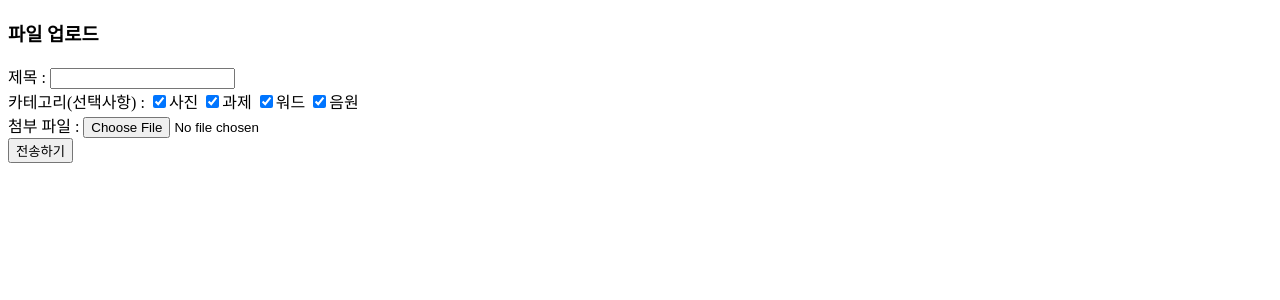
Repository: dogksi/JSP
Page: http://localhost/TestJSP/FileUpload/FileUploadMain.jsp
An editor plug-in stored every save of this project. The page is shown before and after the next save, followed by the edit.
The browser window is 1280 px wide. The pictures show the whole page.
The page is served by Tomcat 10. Nobody is signed in. The application's start-up code is not run. Other server files are loaded and not shown.

Above is the page before, as saved 2023-09-19 02:50:49.

### TestJSP/src/main/webapp/FileUpload/FileUploadMain.jsp
<%@ page language="java" contentType="text/html; charset=UTF-8"
    pageEncoding="UTF-8"%>
<!DOCTYPE html>
<html>
<head>
<meta charset="UTF-8">
<title>FileUpload</title>
</head>
	<script>
		function validateForm(form) {
			if (form.title.value == "") {
				alert("제목을 입력하세요.");
				form.title.focus();
				return false;
			}
			if (form.attachedFile.vlau == "") {
				alert("첨부 파일은 필수 입력입니다.");
				return false;
			}
		}
	</script>
<body>
	<h3>파일 업로드</h3>
	<span style="color:red;">${errorMessage }</span>
	<form name="fileForm" method="post" enctype="multipart/form-data"
			action="UploadProcess.do" onsubmit="return validateForm(this);">
		제목 : <input type="text" name="title" /><br />
		카테고리(선택사항) :
			<input type="checkbox" name="cate" value="사진" checked />사진
			<input type="checkbox" name="cate" value="과제" checked />과제
			<input type="checkbox" name="cate" value="워드" checked />워드
			<input type="checkbox" name="cate" value="음원" checked />음원 <br />
		첨부 파일 : <input type="file" name="attachedFile" /> <br />
		<input type="submit" value="전송하기" />
	</form>
</body>
</html>

After the next save:
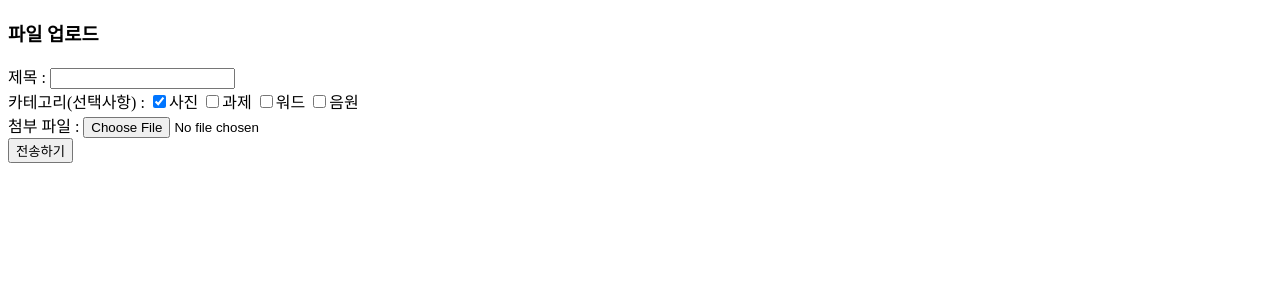
Saved 24 s later.
--- a/TestJSP/src/main/webapp/FileUpload/FileUploadMain.jsp
+++ b/TestJSP/src/main/webapp/FileUpload/FileUploadMain.jsp
@@ -27,9 +27,9 @@
 		제목 : <input type="text" name="title" /><br />
 		카테고리(선택사항) :
 			<input type="checkbox" name="cate" value="사진" checked />사진
-			<input type="checkbox" name="cate" value="과제" checked />과제
-			<input type="checkbox" name="cate" value="워드" checked />워드
-			<input type="checkbox" name="cate" value="음원" checked />음원 <br />
+			<input type="checkbox" name="cate" value="과제" />과제
+			<input type="checkbox" name="cate" value="워드" />워드
+			<input type="checkbox" name="cate" value="음원" />음원 <br />
 		첨부 파일 : <input type="file" name="attachedFile" /> <br />
 		<input type="submit" value="전송하기" />
 	</form>
